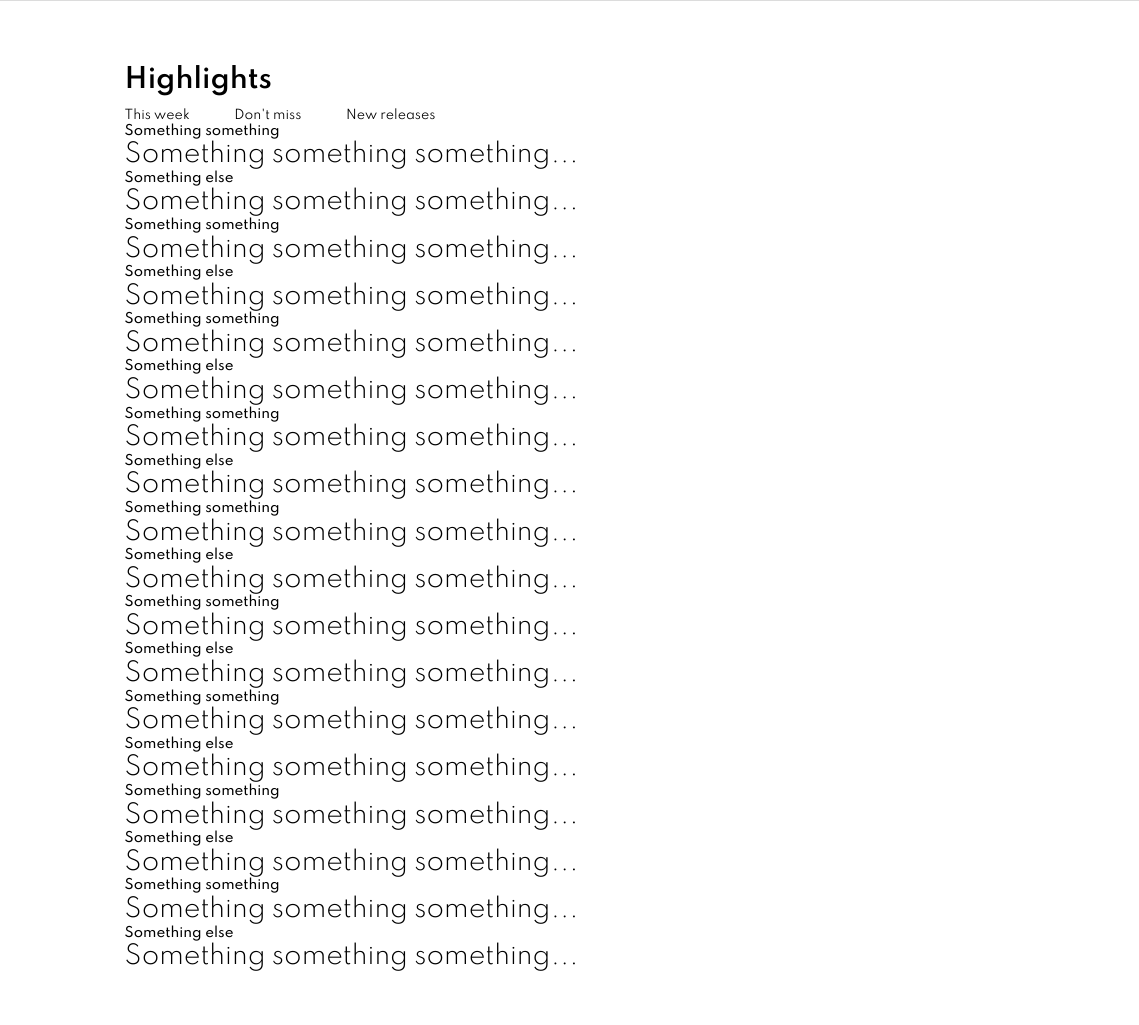
Repository: vvogt/fameworks_vv
Page: /
These files come from the project's save history. The page is drawn as it stood at one moment and after the next save; the edit follows.
The browser window is 1280 px wide. The pictures show the part of the page from y = 607 to 1759 px (the page is 1759 px tall), at 89% of full size.
Pictures or frames that could not be fetched are drawn as grey boxes. The project was rebuilt for these pictures with package versions that can differ from the ones it lists, and the page was loaded fresh each time. Also part of the build but not shown: src/components/NotFound.js. Imported but missing from the stored project, and not drawn on this page: src/assets/videos/seald_fullhd.mp4.

Above is the page before, as saved 2020-03-28 17:35:08.

### public/index.html
<!DOCTYPE html>
<html lang="en">
  <head>
    <meta charset="utf-8" />
    <link rel="icon" href="%PUBLIC_URL%/favicon.ico" />
    <link href="https://fonts.googleapis.com/css2?family=Spartan:wght@200;300;400;500;531;600;700;800;900&display=swap"
      rel="stylesheet">
    <meta name="viewport" content="width=device-width, initial-scale=1" />
    <meta name="theme-color" content="#000000" />
    <meta
      name="description"
      content="Web site created using create-react-app"
    />
    <!--
      manifest.json provides metadata used when your web app is installed on a
      user's mobile device or desktop. See https://developers.google.com/web/fundamentals/web-app-manifest/
    -->
    <link rel="manifest" href="%PUBLIC_URL%/manifest.json" />
    <!--
      Notice the use of %PUBLIC_URL% in the tags above.
      It will be replaced with the URL of the `public` folder during the build.
      Only files inside the `public` folder can be referenced from the HTML.

      Unlike "/favicon.ico" or "favicon.ico", "%PUBLIC_URL%/favicon.ico" will
      work correctly both with client-side routing and a non-root public URL.
      Learn how to configure a non-root public URL by running `npm run build`.
    -->
  </head>
  <body>
    <noscript>You need to enable JavaScript to run this app.</noscript>
    <div id="root"></div>
    <!--
      This HTML file is a template.
      If you open it directly in the browser, you will see an empty page.

      You can add webfonts, meta tags, or analytics to this file.
      The build step will place the bundled scripts into the <body> tag.

      To begin the development, run `npm start` or `yarn start`.
      To create a production bundle, use `npm run build` or `yarn build`.
    -->
  </body>
</html>

### src/scss/global.scss
// # SETTINGS
@import 'settings.variables';

// # TOOLS
@import 'tools.mixins';
@import 'tools.units';

// # BASE
@import 'base.normalize';
@import 'base.reset';
@import 'base.body';

//COMPONENTS

@import 'components.header';
@import 'components.hero';
@import 'components.section';

### src/scss/_settings.variables.scss
/* ------------------------------------------
   settings.VARIABLES
------------------------------------------ */

// Fonts
$font: 'Spartan', sans-serif;

$font_btn: rem-calc(15);

// Colors
$black: #000000;
$white: #ffffff;
$orange: #ff5900;
$orange-drkr: #e65000;

// Layout
$gutter: 20px;

// Animations
$transition-in: 0.1s;
$transition-out: 0.3s;

// Box Shadow
$shadow_light: 1px 2px 2px rgba($black, 0.1);
$shadow_dark: 1px 2px 2px rgba($black, 0.2);

// Padding
$padding_lr_1: 240px;
$padding_lr_2: 140px;
$padding_lr_3: 80px;
$padding_lr_4: 20px;

$padding_lr: 20px, 80px, 140px, 240px;

### src/scss/_tools.mixins.scss
/* ------------------------------------------
   tools.MIXINS
------------------------------------------ */

@mixin clearfix() {
  &:before, &:after {
    content: " ";
    display: table;
  }
  &:after {
    clear: both;
  }
}

@mixin un-clearfix() {
  &:before, &:after {
    content: none;
    display: auto;
  }
  &:after {
    clear: none;
  }
}

// Image Replacement

@mixin ir() {
  border: 0;
  font: 0/0 a;
  text-shadow: none;
  color: transparent;
  // background: url(test.png);
  // width: 300px;
  // height: 75px;
}

// Hide only visually, but have it available for screen readers:
// http://snook.ca/archives/html_and_css/hiding-content-for-accessibility

@mixin visuallyhidden() {
    border: 0;
    clip: rect(0 0 0 0);
    height: 1px;
    margin: -1px;
    overflow: hidden;
    padding: 0;
    position: absolute;
    width: 1px;
}


//  ## Media query and orietation mixins
//  ==================================================
//  http://alwaystwisted.com/post.php?s=2013-04-01-my-media-query-mixin


@mixin mq($point, $query1: min, $query2: width) {
  @media screen and (#{$query1}-#{$query2}: strip-unit($point) / 16 +em) {
    @content;
  }
}

@mixin orient($orientation: landscape) {
  @media (orientation : $orientation) {
    @content;
  }
}

@mixin setLRPadding($padding-lr4: 20px, $padding-lr3: 80px, $padding-lr2: 140px, $padding-lr1: 240px) {
  padding-left: $padding-lr4;
  padding-right: $padding-lr4;

   @include mq(600) {
      padding-left: $padding-lr3;
      padding-right: $padding-lr3;
   }

   @include mq(1000) {
      padding-left: $padding-lr2;
      padding-right: $padding-lr2;
   }

   @include mq(1400) {
      padding-left: $padding-lr1;
      padding-right: $padding-lr1;
   }
}

### src/scss/_tools.units.scss
// Foundation for Sites by ZURB
// foundation.zurb.com
// Licensed under MIT Open Source

////
/// @group functions
////

$global-font-size: 100% !default;

// scss-lint:disable ZeroUnit

/// Removes the unit (e.g. px, em, rem) from a value, returning the number only.
///
/// @param {Number} $num - Number to strip unit from.
///
/// @returns {Number} The same number, sans unit.
@function strip-unit($num) {
  @return $num / ($num * 0 + 1);
}

/// Converts one or more pixel values into matching rem values.
///
/// @param {Number|List} $values - One or more values to convert. Be sure to separate them with spaces and not commas. If you need to convert a comma-separated list, wrap the list in parentheses.
/// @param {Number} $base [null] - The base value to use when calculating the `rem`. If you're using Foundation out of the box, this is 16px. If this parameter is `null`, the function will reference the `$base-font-size` variable as the base.
///
/// @returns {List} A list of converted values.
@function rem-calc($values, $base: null) {
  $rem-values: ();
  $count: length($values);

  // If no base is defined, defer to the global font size
  @if $base == null {
    $base: $global-font-size;
  }

  // If the base font size is a %, then multiply it by 16px
  // This is because 100% font size = 16px in most all browsers
  @if unit($base) == '%' {
    $base: ($base / 100%) * 16px;
  }

  @if $count == 1 {
    @return -zf-to-rem($values, $base);
  }

  @for $i from 1 through $count {
    $rem-values: append($rem-values, -zf-to-rem(nth($values, $i), $base));
  }

  @return $rem-values;
}

// Converts a unitless, pixel, or rem value to em, for use in breakpoints.
@function -zf-bp-to-em($value) {
  // Pixel and unitless values are converted to rems
  @if unit($value) == 'px' or unitless($value) {
    $value: rem-calc($value, $base: 16px);
  }

  // Then the value is converted to ems
  @return strip-unit($value) * 1em;
}

/// Converts a pixel value to matching rem value. *Any* value passed, regardless of unit, is assumed to be a pixel value. By default, the base pixel value used to calculate the rem value is taken from the `$global-font-size` variable.
/// @access private
///
/// @param {Number} $value - Pixel value to convert.
/// @param {Number} $base [null] - Base for pixel conversion.
///
/// @returns {Number} A number in rems, calculated based on the given value and the base pixel value. rem values are passed through as is.
@function -zf-to-rem($value, $base: null) {
  // Check if the value is a number
  @if type-of($value) != 'number' {
    @warn inspect($value) + ' was passed to rem-calc(), which is not a number.';
    @return $value;
  }

  // Calculate rem if units for $value is not rem
  @if unit($value) != 'rem' {
    $value: strip-unit($value) / strip-unit($base) * 1rem;
  }

  // Turn 0rem into 0
  @if $value == 0rem {
    $value: 0;
  }

  @return $value;
}

### src/scss/_base.normalize.scss
/* ------------------------------------------
   settings.NORMALIZE
------------------------------------------ */

/*! normalize.css v4.1.1 | MIT License | github.com/necolas/normalize.css */

/**
 * 1. Change the default font family in all browsers (opinionated).
 * 2. Prevent adjustments of font size after orientation changes in IE and iOS.
 */

 html {
  font-family: sans-serif; /* 1 */
  -ms-text-size-adjust: 100%; /* 2 */
  -webkit-text-size-adjust: 100%; /* 2 */
}

/**
 * Remove the margin in all browsers (opinionated).
 */

body {
  margin: 0;
}

/* HTML5 display definitions
   ========================================================================== */

/**
 * Add the correct display in IE 9-.
 * 1. Add the correct display in Edge, IE, and Firefox.
 * 2. Add the correct display in IE.
 */

article,
aside,
details, /* 1 */
figcaption,
figure,
footer,
header,
main, /* 2 */
menu,
nav,
section,
summary { /* 1 */
  display: block;
}

/**
 * Add the correct display in IE 9-.
 */

audio,
canvas,
progress,
video {
  display: inline-block;
}

/**
 * Add the correct display in iOS 4-7.
 */

audio:not([controls]) {
  display: none;
  height: 0;
}

/**
 * Add the correct vertical alignment in Chrome, Firefox, and Opera.
 */

progress {
  vertical-align: baseline;
}

/**
 * Add the correct display in IE 10-.
 * 1. Add the correct display in IE.
 */

template, /* 1 */
[hidden] {
  display: none;
}

/* Links
   ========================================================================== */

/**
 * 1. Remove the gray background on active links in IE 10.
 * 2. Remove gaps in links underline in iOS 8+ and Safari 8+.
 */

a {
  background-color: transparent; /* 1 */
  -webkit-text-decoration-skip: objects; /* 2 */
}

/**
 * Remove the outline on focused links when they are also active or hovered
 * in all browsers (opinionated).
 */

a:active,
a:hover {
  outline-width: 0;
}

/* Text-level semantics
   ========================================================================== */

/**
 * 1. Remove the bottom border in Firefox 39-.
 * 2. Add the correct text decoration in Chrome, Edge, IE, Opera, and Safari.
 */

abbr[title] {
  border-bottom: none; /* 1 */
  text-decoration: underline; /* 2 */
  text-decoration: underline dotted; /* 2 */
}

/**
 * Prevent the duplicate application of `bolder` by the next rule in Safari 6.
 */

b,
strong {
  font-weight: inherit;
}

/**
 * Add the correct font weight in Chrome, Edge, and Safari.
 */

b,
strong {
  font-weight: bolder;
}

/**
 * Add the correct font style in Android 4.3-.
 */

dfn {
  font-style: italic;
}

/**
 * Correct the font size and margin on `h1` elements within `section` and
 * `article` contexts in Chrome, Firefox, and Safari.
 */

h1 {
  font-size: 2em;
  margin: 0.67em 0;
}

/**
 * Add the correct background and color in IE 9-.
 */

mark {
  background-color: #ff0;
  color: #000;
}

/**
 * Add the correct font size in all browsers.
 */

small {
  font-size: 80%;
}

/**
 * Prevent `sub` and `sup` elements from affecting the line height in
 * all browsers.
 */

sub,
sup {
  font-size: 75%;
  line-height: 0;
  position: relative;
  vertical-align: baseline;
}

sub {
  bottom: -0.25em;
}

sup {
  top: -0.5em;
}

/* Embedded content
   ========================================================================== */

/**
 * Remove the border on images inside links in IE 10-.
 */

img {
  border-style: none;
}

/**
 * Hide the overflow in IE.
 */

svg:not(:root) {
  overflow: hidden;
}

/* Grouping content
   ========================================================================== */

/**
 * 1. Correct the inheritance and scaling of font size in all browsers.
 * 2. Correct the odd `em` font sizing in all browsers.
 */

code,
kbd,
pre,
samp {
  font-family: monospace, monospace; /* 1 */
  font-size: 1em; /* 2 */
}

/**
 * Add the correct margin in IE 8.
 */

figure {
  margin: 1em 40px;
}

/**
 * 1. Add the correct box sizing in Firefox.
 * 2. Show the overflow in Edge and IE.
 */

hr {
  box-sizing: content-box; /* 1 */
  height: 0; /* 1 */
  overflow: visible; /* 2 */
}

/* Forms
   ========================================================================== */

/**
 * 1. Change font properties to `inherit` in all browsers (opinionated).
 * 2. Remove the margin in Firefox and Safari.
 */

button,
input,
select,
textarea {
  font: inherit; /* 1 */
  margin: 0; /* 2 */
}

/**
 * Restore the font weight unset by the previous rule.
 */

optgroup {
  font-weight: bold;
}

/**
 * Show the overflow in IE.
 * 1. Show the overflow in Edge.
 */

button,
input { /* 1 */
  overflow: visible;
}

/**
 * Remove the inheritance of text transform in Edge, Firefox, and IE.
 * 1. Remove the inheritance of text transform in Firefox.
 */

button,
select { /* 1 */
  text-transform: none;
}

/**
 * 1. Prevent a WebKit bug where (2) destroys native `audio` and `video`
 *    controls in Android 4.
 * 2. Correct the inability to style clickable types in iOS and Safari.
 */

button,
html [type="button"], /* 1 */
[type="reset"],
[type="submit"] {
  -webkit-appearance: button; /* 2 */
}

/**
 * Remove the inner border and padding in Firefox.
 */

button::-moz-focus-inner,
[type="button"]::-moz-focus-inner,
[type="reset"]::-moz-focus-inner,
[type="submit"]::-moz-focus-inner {
  border-style: none;
  padding: 0;
}

/**
 * Restore the focus styles unset by the previous rule.
 */

button:-moz-focusring,
[type="button"]:-moz-focusring,
[type="reset"]:-moz-focusring,
[type="submit"]:-moz-focusring {
  outline: 1px dotted ButtonText;
}

/**
 * Change the border, margin, and padding in all browsers (opinionated).
 */

fieldset {
  border: 1px solid #c0c0c0;
  margin: 0 2px;
  padding: 0.35em 0.625em 0.75em;
}

/**
 * 1. Correct the text wrapping in Edge and IE.
 * 2. Correct the color inheritance from `fieldset` elements in IE.
 * 3. Remove the padding so developers are not caught out when they zero out
 *    `fieldset` elements in all browsers.
 */

legend {
  box-sizing: border-box; /* 1 */
  color: inherit; /* 2 */
  display: table; /* 1 */
  max-width: 100%; /* 1 */
  padding: 0; /* 3 */
  white-space: normal; /* 1 */
}

/**
 * Remove the default vertical scrollbar in IE.
 */

textarea {
  overflow: auto;
}

/**
 * 1. Add the correct box sizing in IE 10-.
 * 2. Remove the padding in IE 10-.
 */

[type="checkbox"],
[type="radio"] {
  box-sizing: border-box; /* 1 */
  padding: 0; /* 2 */
}

/**
 * Correct the cursor style of increment and decrement buttons in Chrome.
 */

[type="number"]::-webkit-inner-spin-button,
[type="number"]::-webkit-outer-spin-button {
  height: auto;
}

/**
 * 1. Correct the odd appearance in Chrome and Safari.
 * 2. Correct the outline style in Safari.
 */

[type="search"] {
  -webkit-appearance: textfield; /* 1 */
  outline-offset: -2px; /* 2 */
}

/**
 * Remove the inner padding and cancel buttons in Chrome and Safari on OS X.
 */

[type="search"]::-webkit-search-cancel-button,
[type="search"]::-webkit-search-decoration {
  -webkit-appearance: none;
}

/**
 * Correct the text style of placeholders in Chrome, Edge, and Safari.
 */

::-webkit-input-placeholder {
  color: inherit;
  opacity: 0.54;
}

/**
 * 1. Correct the inability to style clickable types in iOS and Safari.
 * 2. Change font properties to `inherit` in Safari.
 */

::-webkit-file-upload-button {
  -webkit-appearance: button; /* 1 */
  font: inherit; /* 2 */
}

### src/scss/_base.reset.scss
/* ------------------------------------------
  generic.RESET
------------------------------------------ */

* {
  box-sizing: border-box;
}

img,
iframe {
  max-width: 100%;
  height: auto;
}

h1,h2,h3,h4,h5,h6,
p,blockquote,pre,
dl,dd,ol,ul,
form,fieldset,legend,
table,th,td,caption,
hr,figure {
  margin:0;
  padding:0;
}

li {
  list-style: none;
}

::selection {

}

### src/scss/_base.body.scss
body {
  font-family: $font;
  font-size: rem-calc(14);
  line-height: rem-calc(18);
  font-weight: 400;
  color: $black;
  background-color: $white;
  margin: 0px;
  padding: 0px;
}

p {
  font-family: $font;
  font-size: rem-calc(20);
  line-height: rem-calc(26);
  color: $black;
  font-weight: 355;

  @include mq(350) {
    font-size: rem-calc(24);
    line-height: rem-calc(30);
  }

  @include mq(1000) {
    font-size: rem-calc(28);
    line-height: rem-calc(35);
  }
}

a {
  color: $black;
  text-decoration: none;

  &:hover {
    text-decoration: none;
    color: $white;
  }
}

h1,
h2,
h3,
h4,
h5 {
  font-weight: 500;
}

h1 {
  font-size: rem-calc(70);
  line-height: rem-calc(78);
  font-weight: 1000;

}

h2 {
  font-size: rem-calc(36);
  line-height: rem-calc(40);
  font-weight: 600;
  color: $black;

  @include mq(700) {
    font-size: rem-calc(46);
    line-height: rem-calc(50);
  }

  @include mq(1000) {
    font-size: rem-calc(56);
    line-height: rem-calc(60);
  }


}

h2+p {
  margin-top: 20px;

  @include mq(1000) {
    margin-top: 45px;
  }
}

h3 {
  font-size: rem-calc(15);
  line-height: rem-calc(18);
}

h4 {
  font-size: rem-calc(18);
  line-height: rem-calc(21);
}

h5 {
  font-size: rem-calc(14);
  line-height: rem-calc(18);
}

.wrapper {
  width: 100%;
  margin: 0 auto;
  background-color: $white;
  overflow: hidden;
}

### src/scss/_components.header.scss
.header {
   background-color: $orange;
   width: 100%;
   display: flex;
   flex-direction: column;
   color: white;

   &__main {
      height: 55px;
      width: 100%;
      display: flex;
      flex-direction: row;
      justify-content: space-between;
      align-items: center;
      padding-left: $padding-lr_4;
      padding-right: $padding-lr_4;

      @include mq(400) {
         height: 68.3px;
      }

      @include mq(500) {
         height: 81.6px;
      }

      @include setLRPadding($padding_lr);

      .logo {
         font-weight: 800;
         font-size: rem-calc(20);
         letter-spacing: rem-calc(-1.5);

         @include mq(400) {

         }

         @include mq(500) {

         }

         @include mq(600) {
            font-size: rem-calc(40);
         }
      }

      &__right {
         display: flex;
         flex-direction: row;
         flex-wrap: nowrap;
         align-items: center;
         justify-content: right;
         display: flex;

         @include mq(770) {
            width: 340px;
         }

         @include mq(1000) {
            width: 440px;
         }

         input {
            width: 220px;
            height: 42.5px;
            border-radius: 4px;
            box-shadow: inset 0 0 20px rgba(0,0,0,0.1);
            background-color: $orange-drkr;
            border: 1px solid;
            border-color: rgba(0,0,0,0.1);
            color: $white;
            padding: 0px 15px;
            line-height: 1;
            padding: .75em 1em;
            font-weight: 300;
            transition: background-color 0.2s ease-in;

            @include mq(1000) {
               width: 320px;
            }

            &:focus {
               outline: none;
               background-color: darken($orange-drkr, 5%);
               transition: background-color 0.1s ease-in;

            }
         }

         .search-icon {
            width: 20px;
            height: 20px;
         }

         .login {
            display: flex;
            flex-direction: row;
            flex-wrap: nowrap;
            align-items: center;
            font-weight: 800;
            margin-left: 20px;
            white-space: nowrap;

            img {
               position: relative;
               width: 30px;
               height: 30px;

               @include mq(770) {
                  top: -3px;
                  width: 20px;
                  height: 20px;
                  margin-left: 0px;
                  margin-right: 5px;
               }
            }

            span {
               display: none;

               @include mq(770) {
                  display: inline;
               }
            }
         }

         .search-icon {
            display: inline;
            width: 30px;
            height: 30px;

            @include mq(770) {
               display: none;
            }
         }

         input {
            display: none;

            @include mq(770) {
               display: inline;
            }
         }
      }
   }

   &__nav {
      height: 55px;
      border-top: 1px $white solid;
      border-color: rgba(255, 255, 255, 0.5);
      padding-left: $padding-lr_4;
      overflow: scroll;
      -ms-overflow-style: none;  // IE 10+
      overflow: -moz-scrollbars-none;  // Firefox

      &::-webkit-scrollbar {
         display: none;
      }

      @include mq(600) {
         padding-left: $padding-lr_3;
      }

      @include mq(1000) {
         padding-left: $padding-lr_2;
      }

      @include mq(1400) {
         padding-left: $padding-lr_1;
      }

      ul {
         font-weight: 800;
         display: flex;
         flex-direction: row;
         width: 1000px;
         height: 100%;
         justify-content: space-between;
         align-items: center;
      }
   }
}

### src/scss/_components.hero.scss
.hero {
   background-color: rgb(104, 104, 104);
   height: 300px;
   position: relative;

   @include setLRPadding();

   @include mq(750) {
      height: calc(100vh - 250px);
   }

   &__content {
      position: absolute;
      z-index: 2;
      margin-top: 200px;
      margin-bottom: 200px;



      h1, p {
         color: $white;
      }

      h1 {
         width: 50%;
      }

      p {
         width: 70%;
      }
   }

   &__bgVideo {
      position: absolute;
      object-fit: cover;
      left: 0;
      right: 0;
      width: 100%;
      height: 100%;
      background-position: center;
   }
}

### src/scss/_components.section.scss
.section_highlights {
   padding-top: rem-calc(60);
   padding-bottom: rem-calc(60);
   @include setLRPadding($padding_lr);

   .categoryTabs {
      width: 100%;

      ul {
         display: flex;
         flex-direction: row;
         -ms-flex-align: left;

         li {
            padding-right: 50px;
         }
      }
   }

   h2 {
      font-size: rem-calc(30);
   }
}

### src/components/Section.js
import React from 'react';

class Block extends React.Component {
  setBgImage = imageUrl => {
    let bgImageStyle = {
      backgroundImage: `url(${imageUrl})`,
      backgroundPosition: 'center',
      backgroundSize: 'cover',
      backgroundRepeat: 'no-repeat'
    };

    return bgImageStyle;
  };

  renderArticles = tabs => {


    return Object.keys(tabs).map(tabName => {
      return (
        <li key={tabName}>
          {tabs[tabName].map(article => {
            return (
              <div className="article">
                <div className="arcticle__image" style={this.setBgImage(article.imageUrl)}></div>
                <h3>{article.title}</h3>
                <p>{article.description}</p>
              </div>
            );
          })}
        </li>
      );
    });
  };

  renderCategoryNames = tabs => {
    return Object.keys(tabs).map(category => {
      return <li key={category}>{category}</li>;
    });
  };

  render() {
    return (
      <div className={`section_${this.props.title.toLowerCase()}`}>
        <h2>{this.props.title}</h2>
        <div className="categoryTabs">
          <ul>{this.renderCategoryNames(this.props.content)}</ul>
        </div>
        <ul>{this.renderArticles(this.props.content)}</ul>
      </div>
    );
  }
}

export default Block;

Loaded but not shown: src/serviceWorker.js (common file); src/components/Main.js (144 lines, source omitted); src/components/Header.js (46 lines, source omitted); src/components/Hero.js (30 lines, source omitted); src/index.js (12 lines, source omitted); src/components/Router.js (15 lines, source omitted)

After the next save:
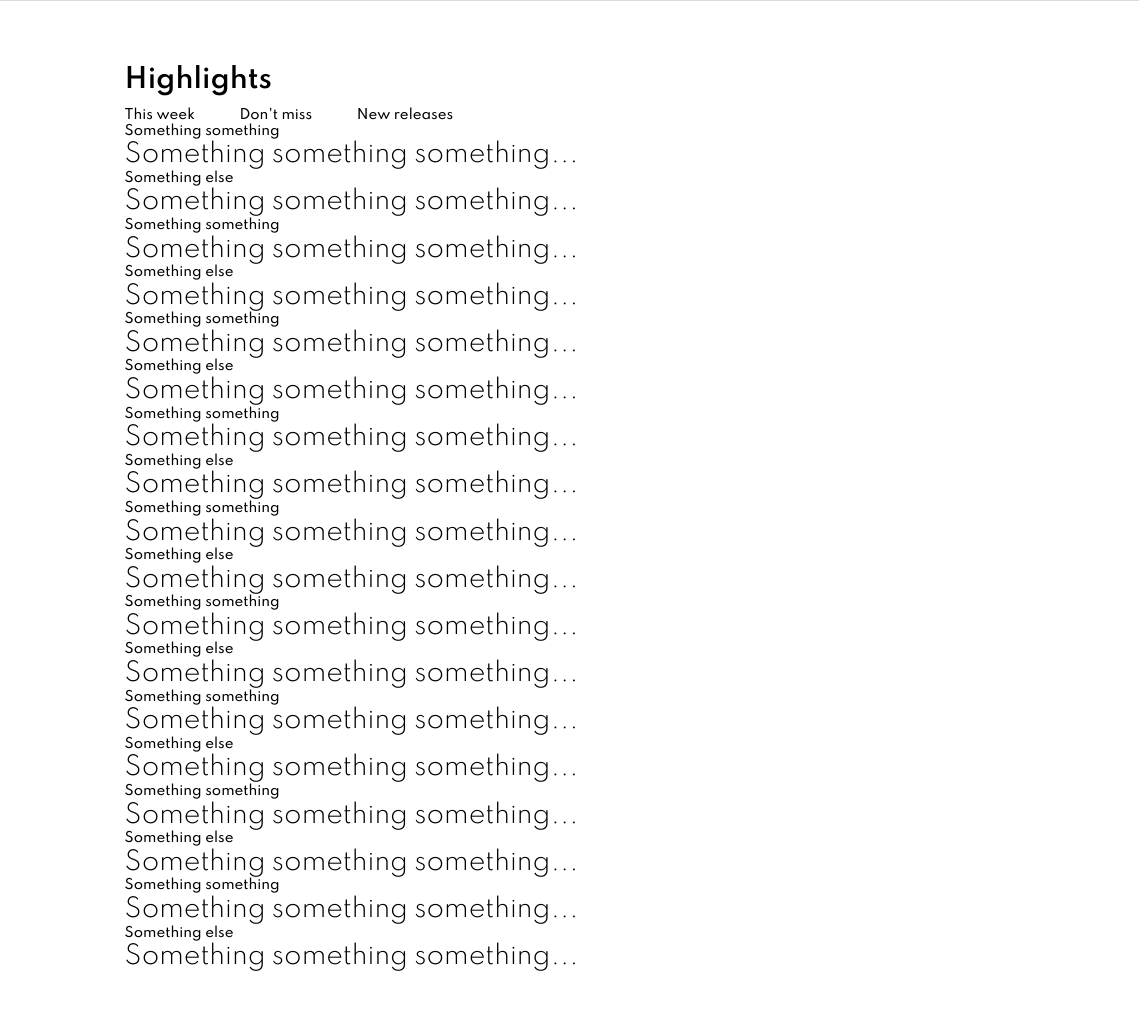
Saved 46 s later.
--- a/src/components/Section.js
+++ b/src/components/Section.js
@@ -34,7 +34,11 @@
 
   renderCategoryNames = tabs => {
     return Object.keys(tabs).map(category => {
-      return <li key={category}>{category}</li>;
+      return (
+        <li key={category}>
+          <h3>{category}</h3>
+        </li>
+      );
     });
   };
 
